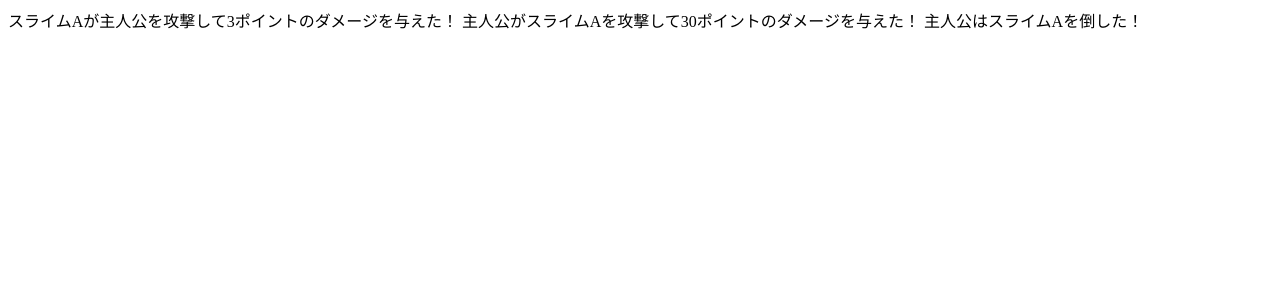
Repository: dishikawa116/monolist
Page: http://localhost/test_class.php
The author's editor kept a record of every edit. The page is drawn from the files as they stood at one moment, then again after the next edit.
The browser window is 1280 px wide. The pictures show the whole page.
The page is run by PHP 8.4 with error messages shown; the project is at /var/www/html/.

Above is the page before.

After the next edit:
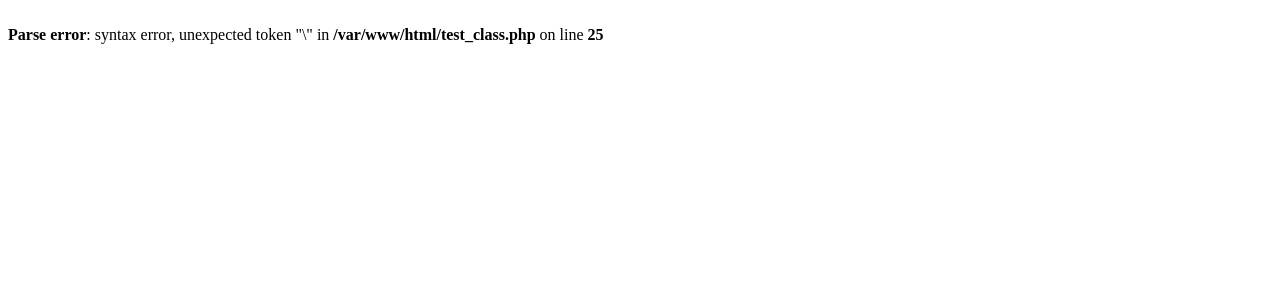
The edit:
--- a/test_class.php
+++ b/test_class.php
@@ -22,7 +22,7 @@ class Character {
 
         if ($character->hp <= 0) {
             $this->defeat($character);
-        }
+        }\
     }
 
     function defeat($character) {
